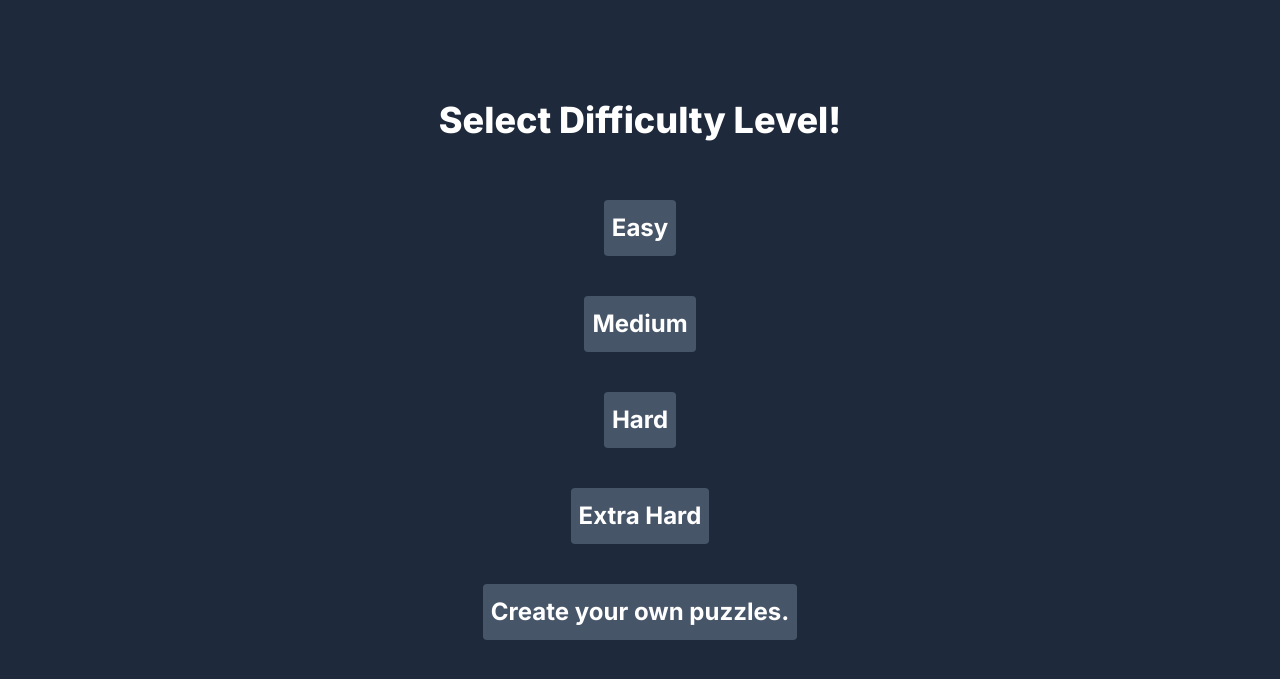
Repository: badhon252/sudoku
Page: /level
The author's editor kept a copy of each file at every save. The page is drawn from the files as they stood at one save, then again after the next save.
The browser window is 1280 px wide. The pictures show the whole page.
The project was rebuilt for these pictures with package versions that can differ from the ones it lists, and the page was loaded fresh each time. The framework's server and built-in components were replaced by stand-ins that run in the browser. Also part of the build but not shown: next.config.js.

Above is the page before, as saved 2023-06-04 21:55:59.

After the next save:
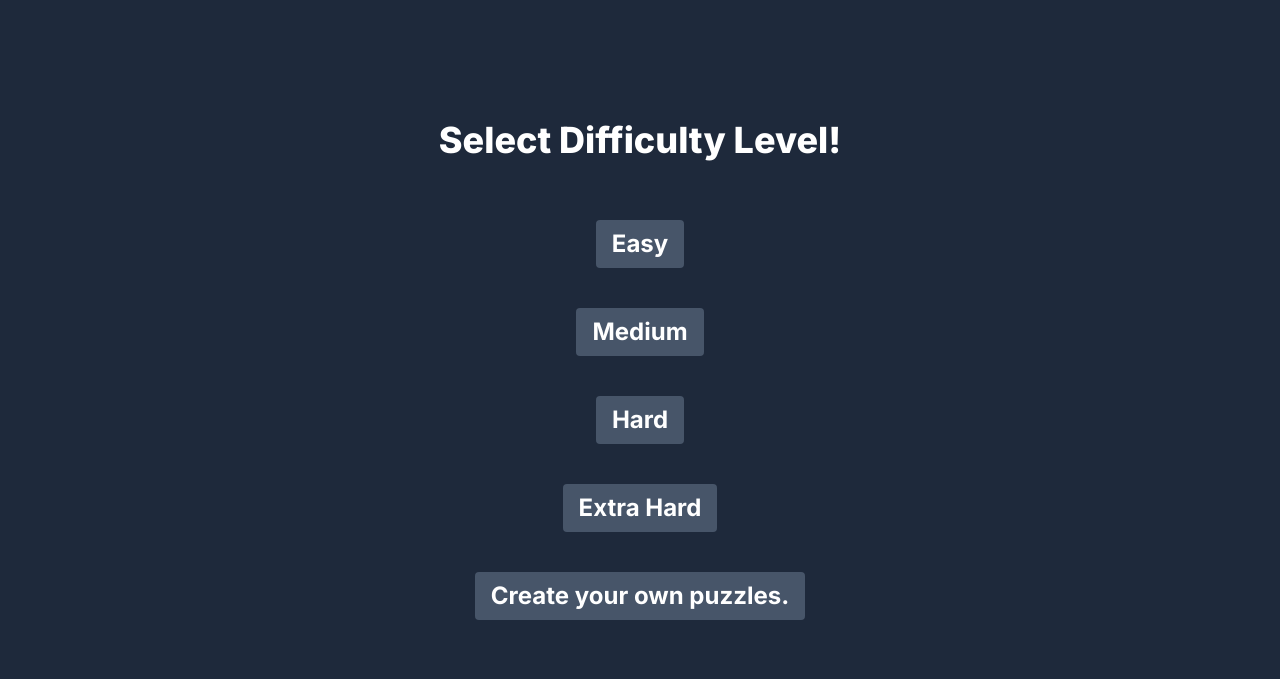
Saved 19 s later.
--- a/app/level/page.tsx
+++ b/app/level/page.tsx
@@ -4,12 +4,12 @@ export default function Level() {
   return (
     <div className='min-h-screen flex flex-col items-center justify-center bg-slate-800 text-white'>
         <h1 className='text-4xl font-extrabold my-10'>Select Difficulty Level! </h1>
-        <button type='button' className='my-5 py-3 px-2 text-2xl font-bold bg-slate-600 rounded'>Easy</button>
-        <button type='button' className='my-5 py-3 px-2 text-2xl font-bold bg-slate-600 rounded'>Medium</button>
-        <button type='button' className='my-5 py-3 px-2 text-2xl font-bold bg-slate-600 rounded'>Hard</button>
-        <button type='button' className='my-5 py-3 px-2 text-2xl font-bold bg-slate-600 rounded'>Extra Hard</button>
+        <button type='button' className='my-5 py-2 px-4 text-2xl font-bold bg-slate-600 rounded'>Easy</button>
+        <button type='button' className='my-5 py-2 px-4 text-2xl font-bold bg-slate-600 rounded'>Medium</button>
+        <button type='button' className='my-5 py-2 px-4 text-2xl font-bold bg-slate-600 rounded'>Hard</button>
+        <button type='button' className='my-5 py-2 px-4 text-2xl font-bold bg-slate-600 rounded'>Extra Hard</button>
 
-        <button type='button' className='my-5 py-3 px-2 text-2xl font-bold bg-slate-600 rounded'>Create your own puzzles.</button>
+        <button type='button' className='my-5 py-2 px-4 text-2xl font-bold bg-slate-600 rounded'>Create your own puzzles.</button>
     </div>
   )
 }
